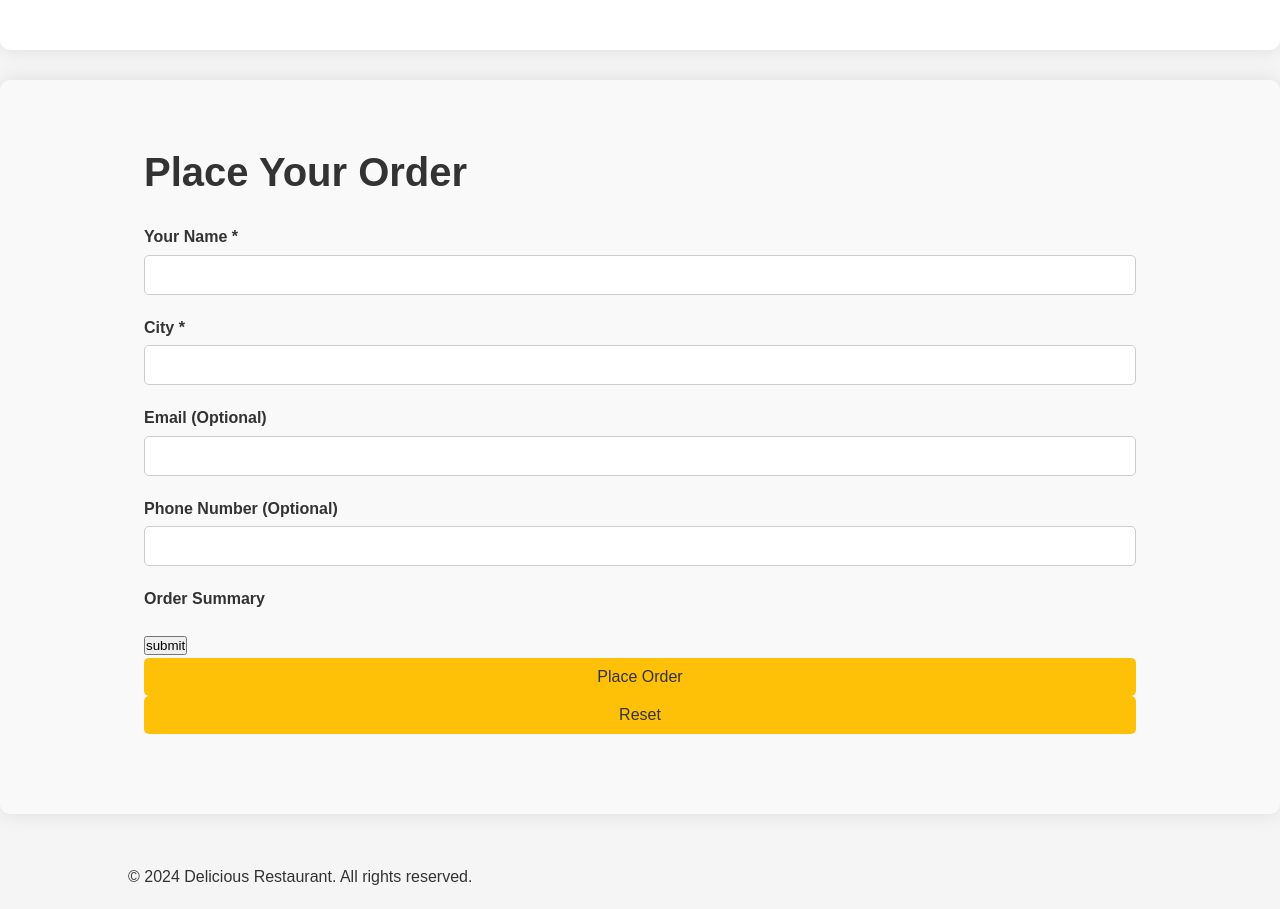
Repository: Mayanksaini1224/eclipse-workspace
Page: Restaurant/src/main/webapp/Menu.html
An editor plug-in stored every save of this project. The page is shown before and after the next save, followed by the edit.
The browser window is 1280 px wide. The pictures show the part of the page from y = 2873 to 3782 px (the page is 3782 px tall before and 3757 px after).
A picture or video elsewhere on the page could not be fetched, so the positions and the page height are approximate.

Above is the page before, as saved 2024-06-28 16:45:05.

After the next save:
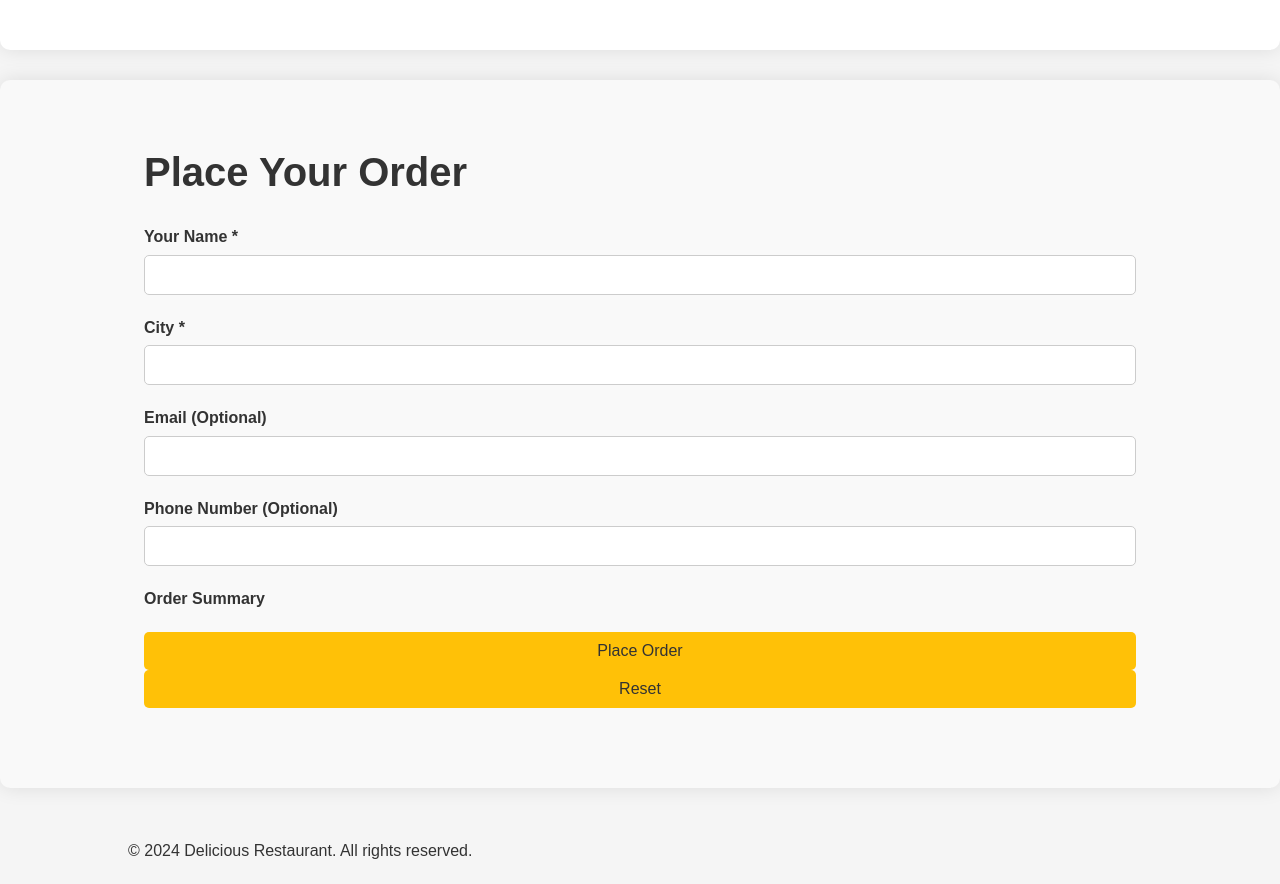
Saved 65 s later.
--- a/Restaurant/src/main/webapp/Menu.html
+++ b/Restaurant/src/main/webapp/Menu.html
@@ -403,9 +403,6 @@
                     <label for="orderSummary">Order Summary</label>
                     <ul id="orderSummary"></ul>
                 </div>
-                <div class="fgroups">
-                	<input type="submit" value="submit">
-                </div>
                 <div class="form-group">
                     <input type="submit" value="Place Order">
                     <input type="reset" value="Reset">
